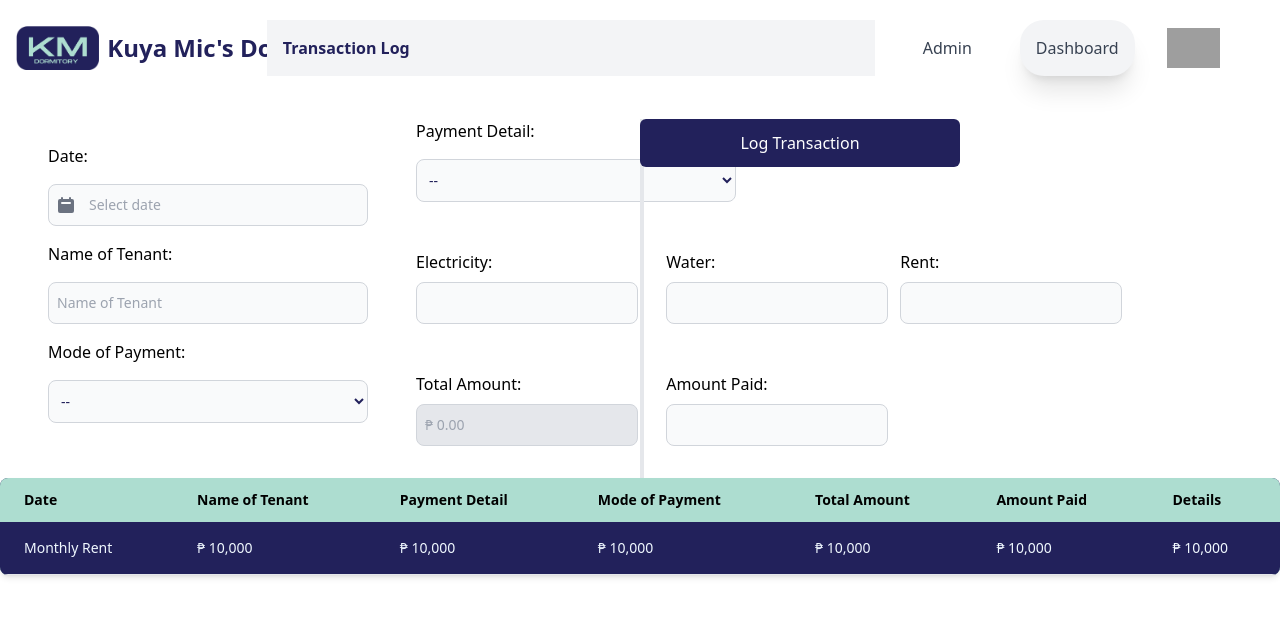
Repository: theamgri/Dormitory-Management-System
Page: paymentactivity.html
These files come from the project's save history. The page is drawn as it stood at one moment and after the next save; the edit follows.
The browser window is 1280 px wide. The pictures show the whole page.
Pictures or frames that could not be fetched are drawn as grey boxes. Some web libraries are served in a nearby version.

Above is the page before, as saved 2023-01-11 22:32:49.

### paymentactivity.html
<!DOCTYPE html>
<html lang="en">
<head>
    <script src="https://cdn.tailwindcss.com"></script>
    <script src="https://unpkg.com/flowbite@1.5.5/dist/datepicker.js"></script>
    <meta charset="UTF-8">
    <meta http-equiv="X-UA-Compatible" content="IE=edge">
    <meta name="viewport" content="width=device-width, initial-scale=1.0">
    <link rel="icon" type="image/x-icon" href="/assets/logo.png">
    <title>Payment Activity</title>

    <nav class="bg-white border-gray-200 px-2 sm:px-4 py-1 rounded dark:bg-gray-100">
        <div class="container flex flex-wrap items-center justify-between mx-auto">
          <a href="/" class="flex sm:items-left">
              <img src="/assets/logo.png" class="h-11" alt="KM Logo" />
              <span class="self-center align-middle pl-2 text-2xl font-Montserrat font-bold whitespace-nowrap" style="color: #22215B">Kuya Mic's Dormitory </span>
          </a>

          <button data-collapse-toggle="navbar-default" type="button" class="inline-flex items-center p-2 ml-3 text-sm text-gray-500 rounded-lg md:hidden hover:bg-gray-100 focus:outline-none focus:ring-2 focus:ring-gray-200 dark:text-gray-400 dark:hover:bg-gray-700 dark:focus:ring-gray-600" aria-controls="navbar-default" aria-expanded="false">
          <svg class="w-6 h-6" aria-hidden="true" fill="currentColor" viewBox="0 0 20 20" xmlns="http://www.w3.org/2000/svg"><path fill-rule="evenodd" d="M3 5a1 1 0 011-1h12a1 1 0 110 2H4a1 1 0 01-1-1zM3 10a1 1 0 011-1h12a1 1 0 110 2H4a1 1 0 01-1-1zM3 15a1 1 0 011-1h12a1 1 0 110 2H4a1 1 0 01-1-1z" clip-rule="evenodd"></path></svg>
          </button>
          <div class="hidden w-full md:block md:w-auto" id="navbar-default">

            <ul class="flex flex-col p-4 mt-4 border border-gray-100 rounded-lg md:flex-row md:space-x-8 md:mt-0 md:text-sm md:font-medium md:border-0">

              <li>
                <a href="#" class="block font-bold bg-gray-100 font-Montserrat text-base md:p-4" aria-current="page" style="color: #22215B; margin-left:-38rem;">Transaction Log</a>
              </li>
              <li>
                <a href="index.html" class="block font-Montserrat rounded text-base md:text-gray-700 md:p-4" aria-current="page">Admin</a>
              </li>
              <li>
                <a href="home.html" class="block shadow-xl bg-gray-100 font-Montserrat rounded-3xl text-base md:text-gray-700 md:p-4" aria-current="page">Dashboard</a>
              </li>
              <li>
                <a href="home.html" class="block py-2 pl-0 pr-4" aria-current="page"><img src="https://icones.pro/wp-content/uploads/2021/02/icone-utilisateur-gris.png" class="h-1 mr-3 sm:h-10" alt="KM Logo" /></a>
              </li>
            </ul>
          </div>

        </div>
      </nav>
</head>
<body>

  <div class="relative" style="margin: 3rem; margin-left: 3rem;">
    <h3 style="margin-bottom: 1rem;">Date:</h3>
    <div class="absolute inset-y-0 left-0 items-center pl-2 pointer-events-none" style="padding-top: 3.2rem;">

      <svg aria-hidden="true" class="w-5 h-5 text-gray-500 dark:text-gray-400" fill="currentColor" viewBox="0 0 20 20" xmlns="http://www.w3.org/2000/svg"><path fill-rule="evenodd" d="M6 2a1 1 0 00-1 1v1H4a2 2 0 00-2 2v10a2 2 0 002 2h12a2 2 0 002-2V6a2 2 0 00-2-2h-1V3a1 1 0 10-2 0v1H7V3a1 1 0 00-1-1zm0 5a1 1 0 000 2h8a1 1 0 100-2H6z" clip-rule="evenodd"></path></svg>
    </div>


    <input datepicker type="text" class="bg-gray-50 border border-gray-300 text-gray-900 text-sm rounded-lg focus:ring-blue-500 focus:border-blue-500 block w-80 pl-10 p-2.5 dark:border-gray-600 dark:placeholder-gray-400 dark:text-white dark:focus:ring-blue-500 dark:focus:border-blue-900" placeholder="Select date" style="color: #22215B;";>

  </div>

    <div>
      <div style="margin-left:3rem; margin-top: -2rem;">
      <h3>Name of Tenant:</h3>
      <input type="text" class="bg-gray-50 border border-gray-300 text-gray-900 text-sm rounded-lg focus:ring-blue-500 focus:border-blue-500 block w-80 pl-2 p-2.5 dark:border-gray-600 dark:placeholder-gray-400 dark:text-white dark:focus:ring-blue-500 dark:focus:border-blue-500" style=" margin-top: 1rem; color: #22215B;" placeholder="Name of Tenant">
    </div>
  </div>


    <div style="margin-left:3rem; margin-top: 1rem;">
    <h3>Mode of Payment:</h3>
    <select class="bg-gray-50 border border-gray-300 text-gray-900 text-sm rounded-lg focus:ring-blue-500 focus:border-blue-500 block w-80 pl-2 p-2.5 dark:border-gray-600 dark:placeholder-gray-400 dark:text-white dark:focus:ring-blue-500 dark:focus:border-blue-500" style="color: #22215B; margin-top: 1rem;" placeholder="Mode of Payment">
      <option>--</option>
      <option>Gcash</option>

        <option>Cash-Over the Counter</option>
    </select>
  </div>

<div class="sm:fixed left-1/2 w-1 bg-gray-200" style="margin-top: -19rem; height: 25rem">

  <div class="float-center" style="margin-right: 30rem;">
  <button onclick="location.href='#'" type="submit" class="block mt-0 mb-4 text-white bg-primary-600 focus:ring-4 focus:outline-none focus:ring-primary-300 font-medium rounded-md text-md px-10 py-2.5 sm:text-center" style="background-color:#22215B; height: 3rem; width: 20rem;">Log Transaction</button>
    </div></div>





    <div class="text" style="margin-left:25rem; margin-top: -20rem; padding: 1rem;">

        <h3>Payment Detail:</h3>
        <select class="bg-gray-50 border border-gray-300 text-gray-900 text-sm rounded-lg focus:ring-blue-500 focus:border-blue-500 block w-80 pl-2 p-2.5 dark:border-gray-600 dark:placeholder-gray-400 dark:text-white dark:focus:ring-blue-500 dark:focus:border-blue-500" style="color: #22215B; margin-top: 1rem;" placeholder="Mode of Payment">
          <option>--</option>
          <option>Gcash</option>

            <option>Cash-Over the Counter</option>
        </select>


  </div>


     <div class="inline-block" style="margin-left:25rem; margin-top: 1rem; padding: 1rem;">
        <h3 style="padding-bottom: 0.5rem">Electricity:</h3>
            <input type="text" class="bg-gray-50 border border-gray-300 text-gray-900 text-sm rounded-lg focus:ring-blue-500 focus:border-blue-500 block w-50 pl-2 p-2.5 dark:border-gray-600 dark:placeholder-gray-400 dark:text-white dark:focus:ring-blue-500 dark:focus:border-blue-500" style="color: #22215B;" placeholder="">
    </div>


    <div class="inline-block" style="margin-left:0.5rem; margin-top: 1rem;">
        <h3 style="padding-bottom: 0.5rem">Water:</h3>
            <input type="text" class="bg-gray-50 border border-gray-300 text-gray-900 text-sm rounded-lg focus:ring-blue-500 focus:border-blue-500 block w-50 pl-2 p-2.5 dark:border-gray-600 dark:placeholder-gray-400 dark:text-white dark:focus:ring-blue-500 dark:focus:border-blue-500" style="color: #22215B;" placeholder="">
    </div>


    <div class="inline-block" style="margin-left:0.5rem; margin-top: 1rem;">
        <h3 style="padding-bottom: 0.5rem">Rent:</h3>
            <input type="text" class="bg-gray-50 border border-gray-300 text-gray-900 text-sm rounded-lg focus:ring-blue-500 focus:border-blue-500 block w-50 pl-2 p-2.5 dark:border-gray-600 dark:placeholder-gray-400 dark:text-white dark:focus:ring-blue-500 dark:focus:border-blue-500" style="color: #22215B;" placeholder="">
    </div>


 <div>
    <div class="inline-block" style="margin-left:25rem; margin-top: 1rem; padding: 1rem;">
      <h3 style="padding-bottom: 0.5rem">Total Amount:</h3>
          <input type="text" class="bg-gray-200 border border-gray-300 text-gray-900 text-sm rounded-lg focus:ring-blue-500 focus:border-blue-500 block w-50 pl-2 p-2.5 dark:border-gray-600 dark:placeholder-gray-400 dark:text-white dark:focus:ring-blue-500 dark:focus:border-blue-500" style="color: #22215B;" placeholder="₱ 0.00">
  </div>


  <div class="inline-block" style="margin-left:0.5rem; margin-top: 1rem;">
      <h3 style="padding-bottom: 0.5rem">Amount Paid:</h3>
          <input type="text" class="bg-gray-50 border border-gray-300 text-gray-900 text-sm rounded-lg focus:ring-blue-500 focus:border-blue-500 block w-50 pl-2 p-2.5 dark:border-gray-600 dark:placeholder-gray-400 dark:text-white dark:focus:ring-blue-500 dark:focus:border-blue-500" style="color: #22215B;" placeholder="">

        </div>


</div>
</div>

<div class="mt-4 relative overflow-x-auto shadow-md sm:rounded-lg" style="background-color:#22215B;">
  <table class="w-full text-sm text-left" style="background-color: #ADDDD0">

    <thead class="text-md">


        <tr><th scope="col" class="px-6 py-3">
          Date
    </th>
      <th scope="col" class="px-6 py-3">
          Name of Tenant
      </th>
      <th scope="col" class="px-6 py-3">
        Payment Detail
      </th>
      <th scope="col" class="px-6 py-3">
        Mode of Payment
      </th>
      <th scope="col" class="px-6 py-3">
        Total Amount
      </th>
      <th scope="col" class="px-6 py-3">
        Amount Paid
      </th>
      <th scope="col" class="px-6 py-3">
        Details
      </th>
     </tr>
    </thead>





    <tbody style="background-color:#22215B; color:aliceblue;">
      <tr class="border-b ">
        <th scope="row" class="px-6 py-4 font-medium">
            Monthly Rent
        </th><th scope="row" class="px-6 py-4 font-medium">
          ₱ 10,000
      </th>
    </th><th scope="row" class="px-6 py-4 font-medium">
      ₱ 10,000
  </th>
</th><th scope="row" class="px-6 py-4 font-medium">
  ₱ 10,000
</th>
</th><th scope="row" class="px-6 py-4 font-medium">
  ₱ 10,000
</th>
</th><th scope="row" class="px-6 py-4 font-medium">
  ₱ 10,000
</th>
</th><th scope="row" class="px-6 py-4 font-medium">
  ₱ 10,000
</th>
    </tr>




</tr>


      </tbody>

  </table>

</div>






</body>
</html>

After the next save:
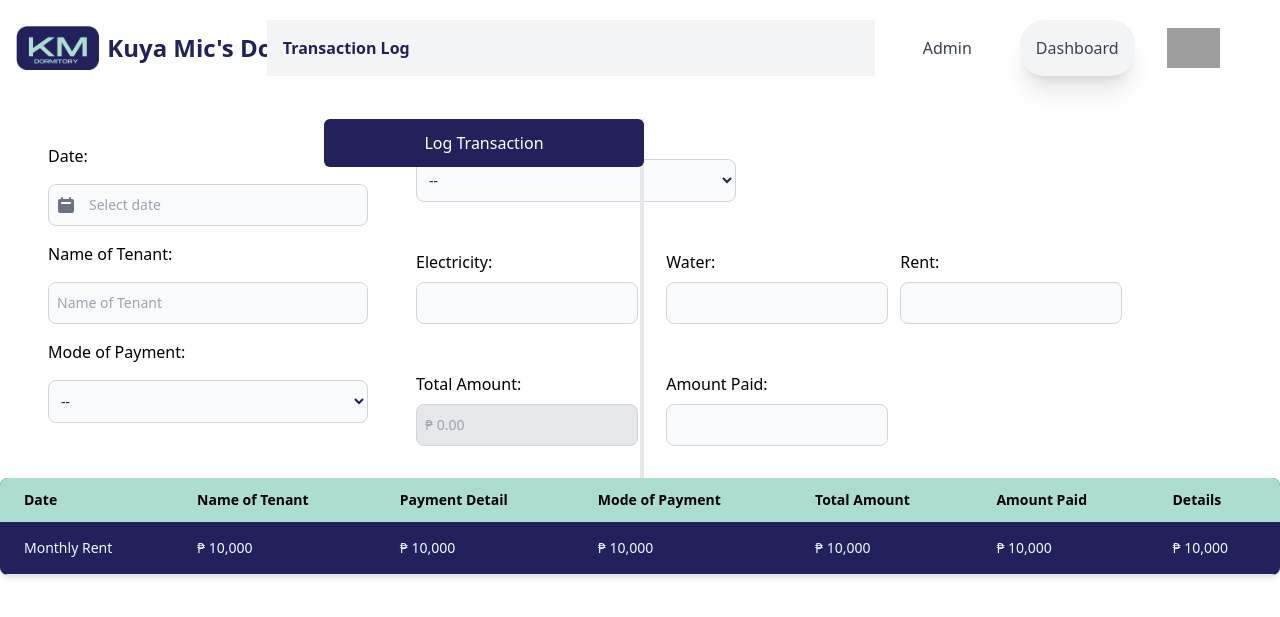
Saved 10 s later.
--- a/paymentactivity.html
+++ b/paymentactivity.html
@@ -75,7 +75,7 @@
 
 <div class="sm:fixed left-1/2 w-1 bg-gray-200" style="margin-top: -19rem; height: 25rem">
 
-  <div class="float-center" style="margin-right: 30rem;">
+  <div class="float-right" style="margin-right: 0rem;">
   <button onclick="location.href='#'" type="submit" class="block mt-0 mb-4 text-white bg-primary-600 focus:ring-4 focus:outline-none focus:ring-primary-300 font-medium rounded-md text-md px-10 py-2.5 sm:text-center" style="background-color:#22215B; height: 3rem; width: 20rem;">Log Transaction</button>
     </div></div>
 
